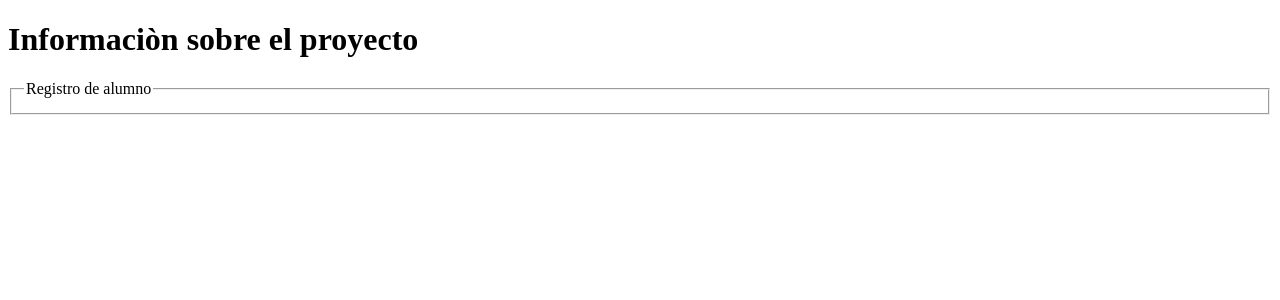
Repository: hoscanoa/Clases-LPII
Page: LPIISemana01/LPII-Semana01/WebContent/inicio.html
An editor plug-in stored every save of this project. The page is shown before and after the next save, followed by the edit.
The browser window is 1280 px wide. The pictures show the whole page.

Above is the page before, as saved 2014-09-18 21:56:30.

After the next save:
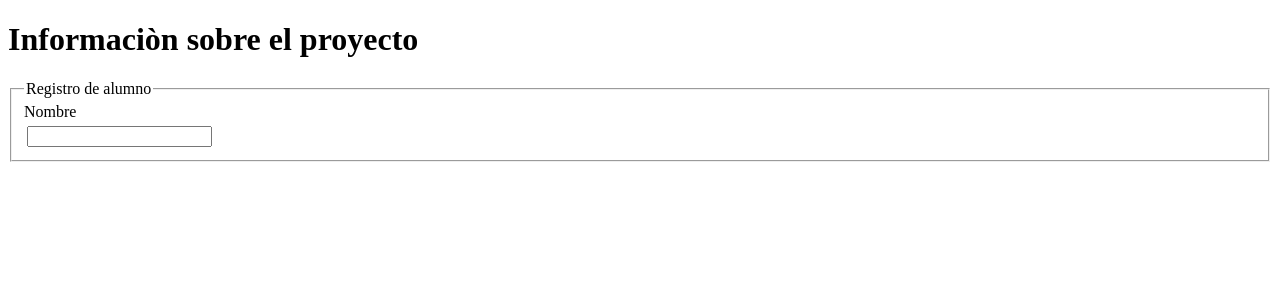
Saved 113 s later.
--- a/LPIISemana01/LPII-Semana01/WebContent/inicio.html
+++ b/LPIISemana01/LPII-Semana01/WebContent/inicio.html
@@ -9,6 +9,13 @@
 	<form action="">
 		<fieldset>
 			<legend>Registro de alumno</legend>
+			<table>
+				<tr>Nombre
+				</tr>
+				<tr>
+					<td><input type="text" name="nombre"></td>
+				</tr>
+			</table>
 		</fieldset>
 	</form>
 
